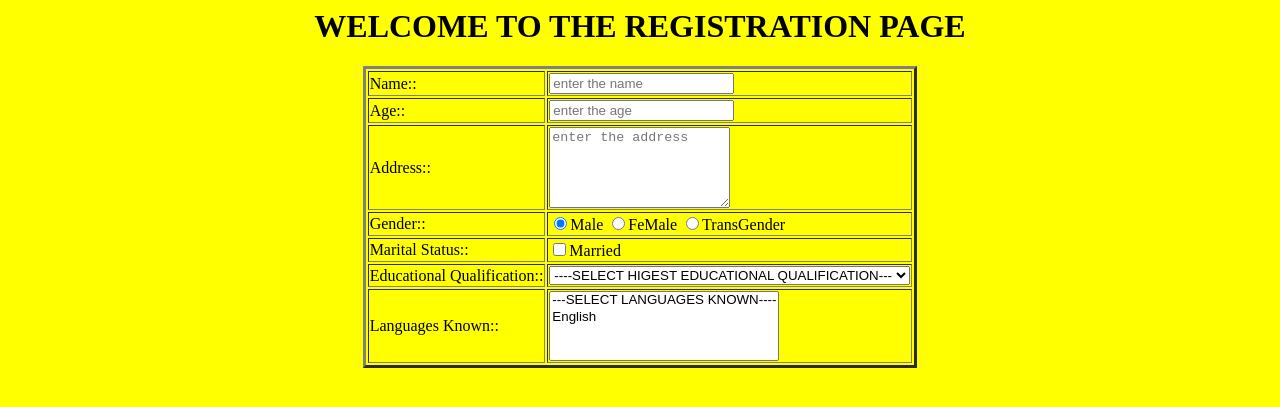
Repository: shivaramkrishna53/SERVLET_PROJECTS
Page: proj12-WorkingWithDifferentFormComponents-RegistrationApp/WebContent/input.html
These files come from the project's save history. The page is drawn as it stood at one moment and after the next save; the edit follows.
The browser window is 1280 px wide. The pictures show the whole page.

Above is the page before, as saved 2021-01-12 14:39:30.

After the next save:
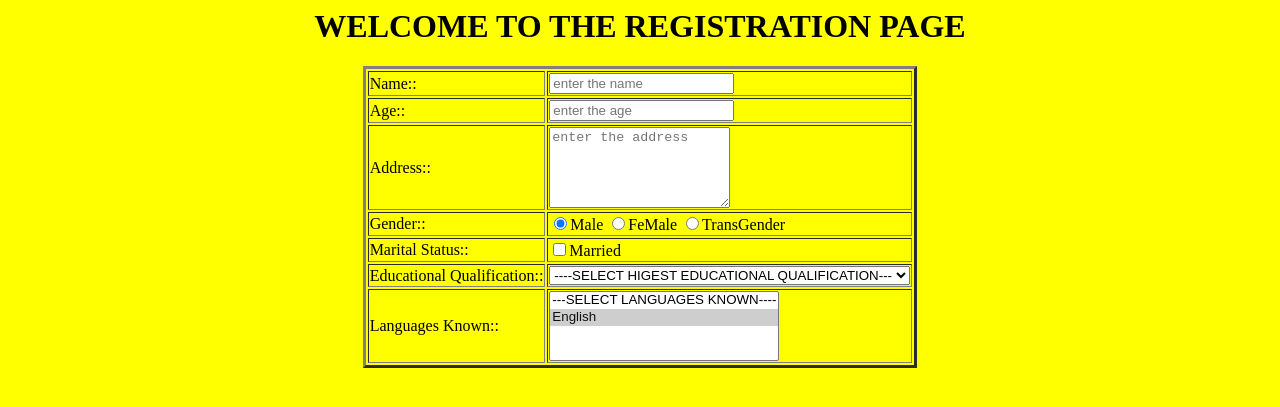
Saved 28 s later.
--- a/proj12-WorkingWithDifferentFormComponents-RegistrationApp/WebContent/input.html
+++ b/proj12-WorkingWithDifferentFormComponents-RegistrationApp/WebContent/input.html
@@ -58,7 +58,8 @@ Educational Qualification::
 <td>
 <select name="languages" multiple="5">
 <option>---SELECT LANGUAGES KNOWN----</option>
-<option value="english">English</option>
+<option value="english" selected>English</option>
+<option
 </select>
 </td>
 </tr>
